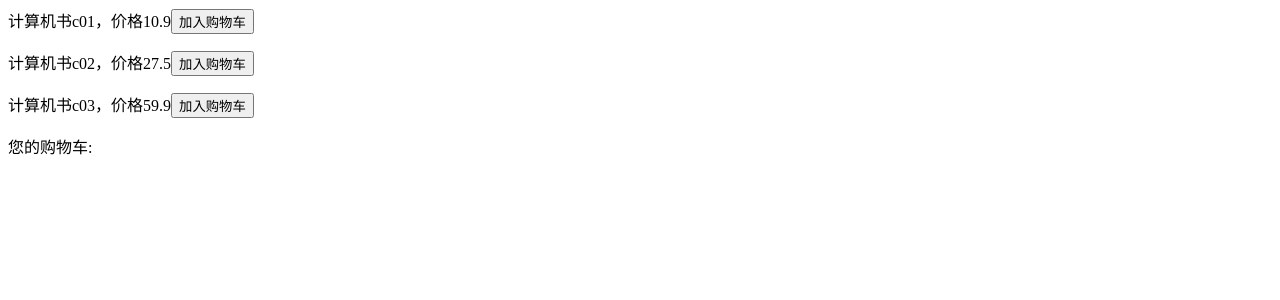
Repository: Matty-GCU/MyEclipse
Page: http://localhost/JavaWeb/chapter08_JSP_built_in_Object_2/homework/8.99.1hw1_book_CS.jsp
An editor plug-in stored every save of this project. The page is shown before and after the next save, followed by the edit.
The browser window is 1280 px wide. The pictures show the whole page.
The page is served by Tomcat 9. Other server files are loaded and not shown.

Above is the page before, as saved 2021-10-27 16:41:47.

### JavaWeb/WebRoot/chapter08_JSP_built_in_Object_2/homework/8.99.1hw1_book_CS.jsp
<%@ page language="java" contentType="text/html; charset=UTF-8"
    pageEncoding="UTF-8" import="java.util.*" %>
<html>
	<head>
		<title>Insert title here</title>
		<meta charset="utf-8">
		<style type="text/css">
			form{
				display: inline-block;
			}
		</style>
	</head>
	<body>
		<%
			String book_id = request.getParameter("book_id");
			ArrayList<String> books = (ArrayList<String>) session.getAttribute("books");
			if(book_id != null) {
				if(books == null) {
					books = new ArrayList<>();
					session.setAttribute("books", books);
				}
				books.add(book_id);
			}
		%>
		计算机书c01，价格10.9<form action="#" method="post"><input name="book_id" type="hidden" value="c01"><input type="submit" value="加入购物车"></form><br>
		计算机书c02，价格27.5<form action="#" method="post"><input name="book_id" type="hidden" value="c02"><input type="submit" value="加入购物车"></form><br>
		计算机书c03，价格59.9<form action="#" method="post"><input name="book_id" type="hidden" value="c03"><input type="submit" value="加入购物车"></form><br>
		<%
			out.println("您的购物车: <br>");
			if(books != null) {
				for(String i: books) {
					out.println(i + "<br>");
				}
			}
		%>
	</body>
</html>

After the next save:
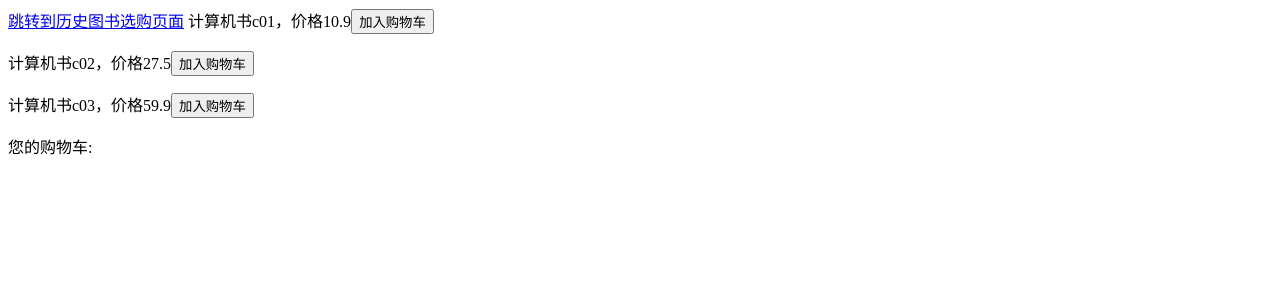
Saved 23 s later.
--- a/JavaWeb/WebRoot/chapter08_JSP_built_in_Object_2/homework/8.99.1hw1_book_CS.jsp
+++ b/JavaWeb/WebRoot/chapter08_JSP_built_in_Object_2/homework/8.99.1hw1_book_CS.jsp
@@ -22,6 +22,7 @@
 				books.add(book_id);
 			}
 		%>
+		<a href="8.99.1hw1_book_history.jsp">跳转到历史图书选购页面</a>
 		计算机书c01，价格10.9<form action="#" method="post"><input name="book_id" type="hidden" value="c01"><input type="submit" value="加入购物车"></form><br>
 		计算机书c02，价格27.5<form action="#" method="post"><input name="book_id" type="hidden" value="c02"><input type="submit" value="加入购物车"></form><br>
 		计算机书c03，价格59.9<form action="#" method="post"><input name="book_id" type="hidden" value="c03"><input type="submit" value="加入购物车"></form><br>
